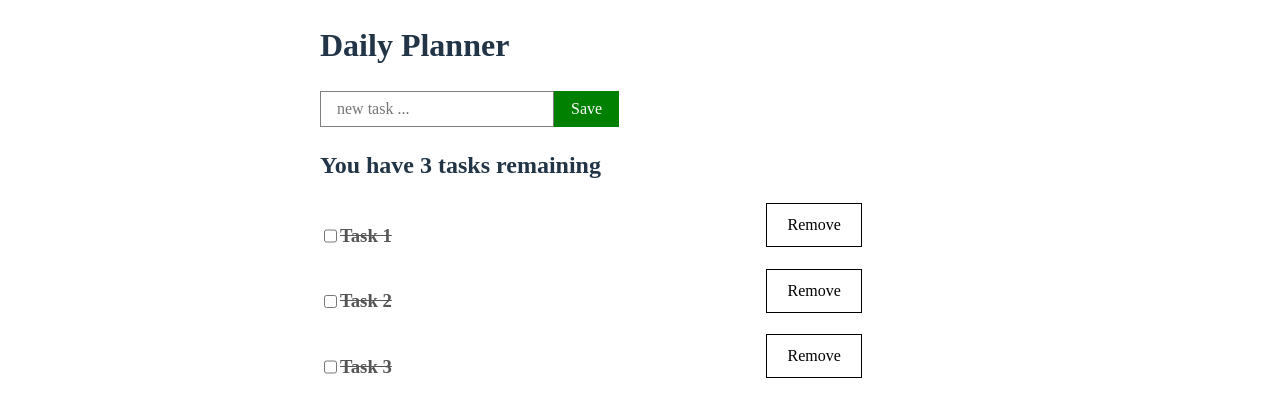
Repository: SamanthaYan298/my_planner
Page: /
The author's editor kept a copy of each file at every save. The page is drawn from the files as they stood at one save, then again after the next save.
The browser window is 1280 px wide. The pictures show the whole page.
The project was rebuilt for these pictures with package versions that can differ from the ones it lists, and the page was loaded fresh each time. Also part of the build but not shown: vite.config.js.

Above is the page before, as saved 2024-10-08 00:08:06.

### src/App.jsx
import { useState } from 'react'
import './App.css'

const data = [
  {
    id: 1,
    title: 'Task 1',
    checked: false
  },
  {
    id: 2,
    title: 'Task 2',
    checked: false
  },
  {
    id: 3,
    title: 'Task 3',
    checked: false
  }
]

function App() {

  const [tasks, setTasks] = useState("");
  const [addTask, setAddTask] = useState(data);

  function handleChange(e) {
    setTasks(e.target.value);
  }

  function handleAddTask(e) {
    e.preventDefault();
    // helps ensure that users only add text-format tasks, not whitespace.
    if(tasks.trim()) {
      setAddTask([...addTask, {id: addTask.length + 1, title: tasks}]);
      setTasks(''); // clear the input after adding new tasks.
    }
  }

  function handleDelete(taskId) {
    setAddTask(addTask.filter(task => task.id !== taskId)); // filter tasks by their Ids.
  }

  return (
    <>
      <div className='main'>
        <h1>Daily Planner</h1>
        <form onSubmit={handleAddTask}>
          <input
            type="text"
            className='form-input'
            placeholder='new task ...'
            value={tasks}
            onChange={handleChange}
          />
          <button className='form-btn'>Save</button>
        </form>
        <h2>You have 3 tasks remaining</h2>
        <div>
          {addTask.map(task => (
            <div className='task-list' key={task.id}>
              <input type="checkbox" />
              <h3 className='checked'>{task.title}</h3>
              <button className='task-btn' onClick={() => handleDelete(task.id)}>Remove</button>
          </div>
          ))}
        </div>
      </div>
    </>
  )
}

export default App

### src/index.css
:root {
  font-family: Inter, system-ui, Avenir, Helvetica, Arial, sans-serif;
  line-height: 1.5;
  font-weight: 400;

  color-scheme: light dark;
  color: rgba(255, 255, 255, 0.87);
  background-color: #242424;

  font-synthesis: none;
  text-rendering: optimizeLegibility;
  -webkit-font-smoothing: antialiased;
  -moz-osx-font-smoothing: grayscale;
}

a {
  font-weight: 500;
  color: #646cff;
  text-decoration: inherit;
}
a:hover {
  color: #535bf2;
}

body {
  margin: 0;
  display: flex;
  flex-direction: column;
  align-items: flex-start;
  justify-content: flex-start;
  min-width: 320px;
  min-height: 100vh;
  padding-top: 0;
  text-align: left;
  left: 0;
}


/* h1 {
  font-size: 3.2em;
  line-height: 1.1;
} */

/* button {
  border-radius: 8px;
  border: 1px solid transparent;
  padding: 0.6em 1.2em;
  font-size: 1em;
  font-weight: 500;
  font-family: inherit;
  background-color: #1a1a1a;
  cursor: pointer;
  transition: border-color 0.25s;
}
button:hover {
  border-color: #646cff;
}
button:focus,
button:focus-visible {
  outline: 4px auto -webkit-focus-ring-color;
} */

@media (prefers-color-scheme: light) {
  :root {
    color: #213547;
    background-color: #ffffff;
  }
  a:hover {
    color: #747bff;
  }
  button {
    background-color: #f9f9f9;
  }
}

### src/App.css
#root {
  max-width: 100%;
  margin-left: 20em;
  padding: 0;
  top: 0;
  font-family: "Playfair Display", serif;
}

.main {
  text-align: left;
}

.task-list {
  display: flex;
  flex-direction: row;
}

.form-btn {
  background-color: green;
  border: 1px solid green;
  color: white;
  padding: 0.5em 1em;
  font-family: "Playfair Display", serif;
  font-size: 1em;
}

.task-btn {
  padding: 0.5em 1em;
  border: 1px solid;
  background-color: white;
  width: 6em;
  height: 2.75em;
  font-family: "Playfair Display", serif;
  font-size: 1em;
  cursor: pointer;
}

.form-input {
  padding: 0.5em 1em;
  border: 1px solid;
  height: 1.15em;
  font-family: "Playfair Display", serif;
  color: grey;
  font-size: 1em;
}

div h3 {
  padding-right: 20em;
}

.checked {
  color: #555;
  text-decoration: line-through;
}

Loaded but not shown: index.html (common file); src/main.jsx (common file)

After the next save:
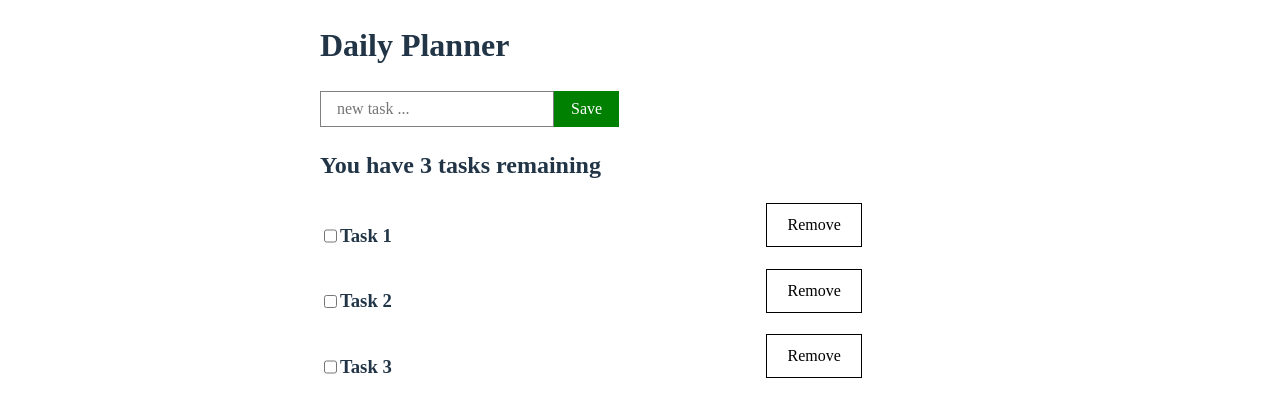
Saved 41 s later.
--- a/src/App.jsx
+++ b/src/App.jsx
@@ -60,7 +60,7 @@
           {addTask.map(task => (
             <div className='task-list' key={task.id}>
               <input type="checkbox" />
-              <h3 className='checked'>{task.title}</h3>
+              <h3 className={task.checked ? "none" : "line-through"}>{task.title}</h3>
               <button className='task-btn' onClick={() => handleDelete(task.id)}>Remove</button>
           </div>
           ))}
